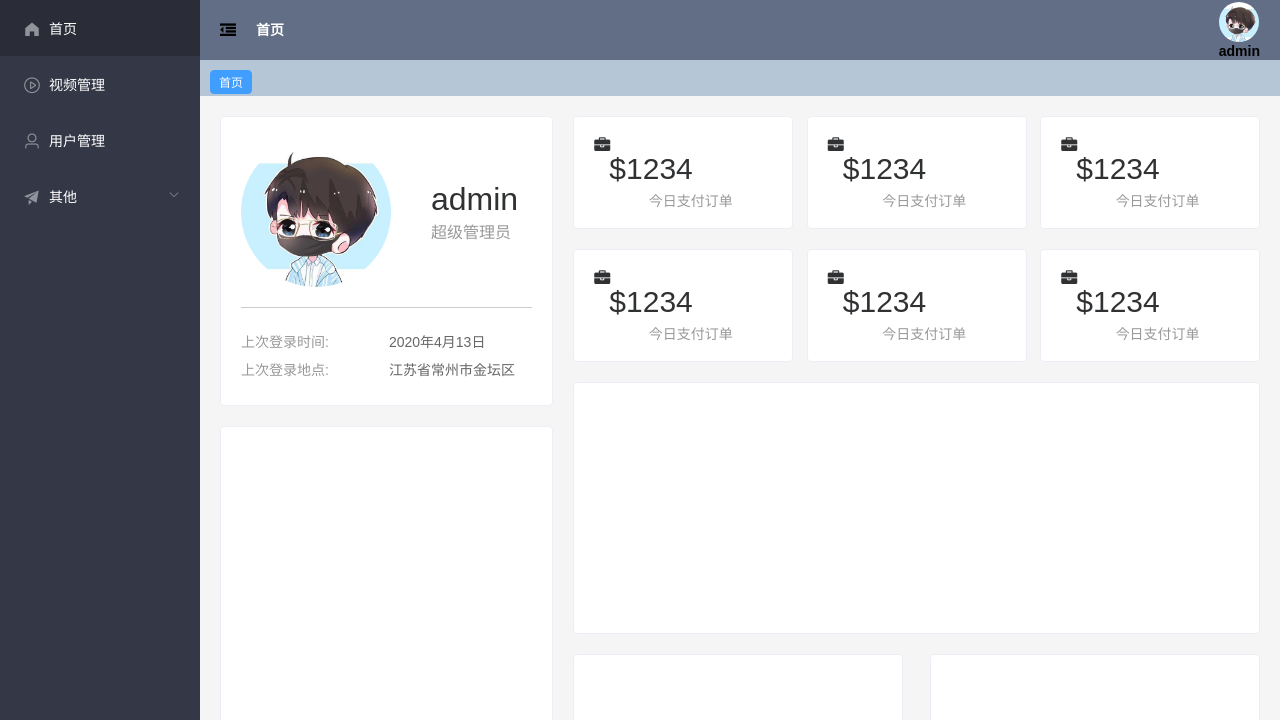
Repository: coWhy/vue-manage
Page: /
The author's editor kept a copy of each file at every save. The page is drawn from the files as they stood at one save, then again after the next save.
The browser window is 1280 px wide. The pictures show the whole page.
An inner scrolling area shows only its first screen. The project was rebuilt for these pictures with package versions that can differ from the ones it lists, and the page was loaded fresh each time. Also part of the build but not shown: vue.config.js.

Above is the page before, as saved 2020-04-13 23:32:36.

### src/main.js
import Vue from 'vue'
import App from './App.vue'
import router from './router'
import store from './store'
// 全局配置样式
import '@/assets/scss/reset.scss'
import '@/assets/font-awesome-4.7.0/css/font-awesome.css'
// 第三方包
import ElementUI from 'element-ui'
import 'element-ui/lib/theme-chalk/index.css'
// 自定义全局插件
import http from '@/plugins/http' // 自定义全局axios
// 引入Mock 主要是用于前端模拟使用 使用时 记得注释掉
import './mock'

Vue.config.productionTip = false
Vue.use(http)
console.log(
  `当前所处开发环境:【${process.env.NODE_ENV}】| 路由为: 【${process.env.VUE_APP_URL}】`
)
Vue.use(ElementUI)
new Vue({
  router,
  store,
  render: h => h(App)
}).$mount('#app')

### src/App.vue
<template>
  <div id="app">
    <router-view />
  </div>
</template>

<style lang="scss">
#app {
  // color: $theme-color;
  height: 100vh;
}
</style>

### src/router/index.js
import Vue from 'vue'
import VueRouter from 'vue-router'
//
const originalPush = VueRouter.prototype.push
VueRouter.prototype.push = function push(location) {
  return originalPush.call(this, location).catch(err => err)
}
Vue.use(VueRouter)

const routes = [
  {
    path: '/',
    component: () => import('@/views/layout/index'),
    children: [
      {
        path: '/',
        name: 'home',
        component: () => import('@/views/home/index')
      },
      {
        path: '/video',
        name: 'video',
        component: () => import('@/views/video/index')
      },
      {
        path: '/user',
        name: 'user',
        component: () => import('@/views/user/index')
      },
      {
        path: '/page1',
        name: 'page1',
        component: () => import('@/views/other/page1')
      },
      {
        path: '/page2',
        name: 'page2',
        component: () => import('@/views/other/page2')
      }
    ]
  }
]

const router = new VueRouter({
  routes
})

export default router

### src/store/index.js
import Vue from 'vue'
import Vuex from 'vuex'
import tag from './modules/tag'
Vue.use(Vuex)

export default new Vuex.Store({
  state: {},
  mutations: {},
  actions: {},
  modules: {
    tag
  }
})

### src/plugins/http.js
// 自定义开发插件
import axios from 'axios'

const MyHttpServer = {}

MyHttpServer.install = Vue => {
  // 基准地址
  // axios.defaults.baseURL = process.env.VUE_APP_URL
  const service = axios.create({
    baseURL: process.env.VUE_APP_URL, //请求基础url
    timeout: 3000 //  请求超时时间
  })
  // 添加请求拦截器 token拦截
  service.interceptors.request.use(
    config => {
      return config
    },
    err => {
      console.log(err)
    }
  )
  // 响应拦截器
  service.interceptors.response.use(
    response => {
      let res = {}
      //  此处对不同状态码 进行不同的操作 比如404 跳转页面等
      res.status = response.status
      res.data = response.data
      return res
    },
    err => {
      console.log(err)
    }
  )
  Vue.prototype.$http = axios
}
export default MyHttpServer

### src/mock/index.js
import Mock from 'mockjs'
import homeApi from './home'
Mock.setup({
  timeout: '200-2000' // 设置延时 [200 - 2000ms]
})
// 首页相关
// 拦截 /home/getData
Mock.mock('/home/getData', 'get', homeApi.getHomeData) // /\/home\/getData/.

### src/assets/scss/_variable.scss
// 全局配置样式 修改主题颜色
$theme-color: #33aef0;

### src/views/layout/index.vue
<template>
  <el-container class="container">
    <!-- 左侧菜单栏 -->
    <el-aside width="auto">
      <common-aside></common-aside>
    </el-aside>
    <el-container>
      <!-- 头部 -->
      <el-header class="header">
        <common-header></common-header>
      </el-header>
      <!-- Tab标签 -->
      <common-tag class="tag"></common-tag>
      <!-- 主体 -->
      <el-main>
        <router-view></router-view>
      </el-main>
    </el-container>
  </el-container>
</template>

<script>
import CommonAside from './components/aside/index'
import CommonHeader from './components/header/index'
import CommonTag from './components/tag/index'
export default {
  components: {
    CommonAside,
    CommonHeader,
    CommonTag
  }
}
</script>

<style lang="scss" scoped>
.container {
  height: 100%;
}
.header {
  background-color: #626e85; // 头部背景色
  width: 100%;
}
.main {
  padding-top: 0;
}
</style>

### src/views/home/index.vue
<template>
  <el-row class="home" :gutter="20">
    <!-- 左侧 -->
    <el-col :span="8">
      <!-- 用户信息描述 -->
      <el-card shadow="hover" style="height:290px">
        <!-- 头像部分 -->
        <div class="user">
          <img :src="userInfo.avatar" />
          <div class="userinfo">
            <p class="name">{{ userInfo.username }}</p>
            <p class="access">{{ userInfo.access }}</p>
          </div>
        </div>
        <!-- 登录后的相关信息描述 如ip 等-->
        <div class="login-info">
          <p>上次登录时间:<span>2020年4月13日</span></p>
          <p>上次登录地点:<span>江苏省常州市金坛区</span></p>
        </div>
      </el-card>
      <el-card shadow="hover" style="height:438px;margin-top:20px"> </el-card>
    </el-col>
    <!-- 右侧 -->
    <el-col :span="16">
      <!-- 顶部  -->
      <div class="num">
        <el-card shadow="hover" v-for="item in 6" :key="item">
          <!-- 图标部分 -->
          <i class="fa fa-briefcase" aria-hidden="true"></i>
          <!-- 详情部分  -->
          <div class="detail">
            <p class="num">$1234</p>
            <p class="txt">今日支付订单</p>
          </div>
        </el-card>
      </div>
      <!-- 底部 -->
      <el-card shadow="hover">
        <!-- 图表 -->
        <div style="height:210px"></div>
      </el-card>
      <div class="graph">
        <el-card shadow="hover">
          <div style="height:200px"></div>
        </el-card>
        <el-card shadow="hover">
          <div style="height:200px"></div>
        </el-card>
      </div>
    </el-col>
  </el-row>
</template>

<script>
export default {
  data() {
    return {
      // 用户信息
      userInfo: {
        username: 'admin', // 用户名
        avatar: require('@/assets/images/user.jpg'), // 用户头像
        access: '超级管理员' // 登录权限
      },
      countData: [{ name: '今日支付订单', value: 1234, icon: '' }]
    }
  },
  methods: {
    async getVideoData() {
      const res = await this.$http.get('/home/getData')
      console.log(res)
    }
  },
  created() {
    this.getVideoData()
  }
}
</script>

<style lang="scss" scoped>
@import '~@/assets/scss/home';
</style>

### src/store/modules/tag.js
export default {
  state: {
    isCollapse: false, // 左侧菜单栏是否折叠
    curMenu: null, // 点击选中的菜单
    menuList: [], // 全部菜单
    tagList: [
      // 首页是不可关闭的
      {
        path: '/',
        name: 'home',
        title: '首页',
        icon: 'el-icon-s-home'
      }
    ] // 存放tags 点击后 就存到里面去
  },
  mutations: {
    // 点击 菜单之后 对应的tab 标签也要 进入 tabList 进行存放
    // 首页 不加入tabList
    getMenu(state, selectedMenu) {
      if (selectedMenu.name !== 'home') {
        state.curMenu = selectedMenu
        let result = state.tagList.findIndex(
          item => item.name === selectedMenu.name
        )
        if (result === -1) {
          // 没找到这个tag 就放进tagList
          state.tagList.push(selectedMenu)
        }
      } else {
        state.curMenu = null
      }
    },
    // 关闭选中的tag
    closeTag(state, selectedTag) {
      // if (selectedTag.name !== 'home') {
      // }
      // 找到tag的索引 进行删除
      let result = state.tagList.findIndex(
        item => item.name === selectedTag.name
      )
      state.tagList.splice(result, 1)
    },
    // 折叠左侧菜单栏
    collapseAsideMenu(state) {
      state.isCollapse = !state.isCollapse
    }
  },
  actions: {},
  modules: {}
}

### src/mock/home.js
import Mock from 'mockjs'
export default {
  getHomeData: () => {
    return {
      code: 20000,
      data: [
        {
          name: 'SpringBoot',
          value: Mock.Random.float(1000, 10000, 0, 2)
        },
        {
          name: 'SpringBoot',
          value: Mock.Random.float(1000, 10000, 0, 2)
        },
        {
          name: 'React',
          value: Mock.Random.float(1000, 10000, 0, 2)
        },
        {
          name: 'Vue',
          value: Mock.Random.float(1000, 10000, 0, 2)
        },
        {
          name: '微信小程序',
          value: Mock.Random.float(1000, 10000, 0, 2)
        },
        {
          name: 'Es6',
          value: Mock.Random.float(1000, 10000, 0, 2)
        },
        {
          name: 'Java',
          value: Mock.Random.float(1000, 10000, 0, 2)
        }
      ]
    }
  }
}

### src/views/layout/components/aside/index.vue
<template>
  <el-menu
    default-active="2"
    class="el-menu-vertical-demo"
    :background-color="asideSetting.bgColor"
    :text-color="asideSetting.texteColor"
    :active-text-color="asideSetting.activeTextColor"
    :collapse="isCollapse"
  >
    <!-- 这是没有子级菜单的
    handleClickMenu(item) 将选中的菜单元素存入store中的menu 用于tab使用
    由于 分两种情况 所以 下面两种 都需要加上handleClickMenu 事件
    v-for="item in noChildrenList" 遍历元素列表
    :index="item.path"  路由相关
    :key="item.title" 索引 避免重复
    -->
    <!-- noChildrenList -->
    <el-menu-item
      :index="item.path"
      v-for="item in noChildrenList"
      :key="item.title"
      @click="handleClickMenu(item)"
    >
      <i :class="item.icon"></i>
      <span slot="title">{{ item.title }}</span>
    </el-menu-item>
    <!-- hasChildrenList -->
    <el-submenu
      :index="item.title"
      v-for="item in hasChildrenList"
      :key="item.title"
    >
      <template slot="title">
        <i :class="item.icon"></i>
        <span slot="title">{{ item.title }}</span>
      </template>
      <el-menu-item-group>
        <el-menu-item
          :index="subItem.path"
          v-for="subItem in item.children"
          :key="subItem.title"
          @click="handleClickMenu(subItem)"
        >
          <i :class="subItem.icon"></i>
          <span slot="title">{{ subItem.title }}</span>
        </el-menu-item>
      </el-menu-item-group>
    </el-submenu>
  </el-menu>
</template>

<script>
export default {
  computed: {
    noChildrenList() {
      // asideMenuList 没有 子级菜单
      return this.asideMenuList.filter(item => !item.children)
    },
    hasChildrenList() {
      // asideMenuList 有 子级菜单
      return this.asideMenuList.filter(item => item.children)
    },
    // 取出vuex中的是否折叠isCollapse
    isCollapse() {
      return this.$store.state.tag.isCollapse
    }
  },
  data() {
    return {
      asideSetting: {
        bgColor: '#343746', // 侧边栏背景颜色
        activeTextColor: '#4ffffb', // 选中字体的颜色
        texteColor: '#fff' // 默认字体颜色
      },
      //侧边栏菜单列表
      asideMenuList: [
        {
          path: '/',
          name: 'home',
          title: '首页',
          icon: 'el-icon-s-home'
        },
        {
          path: '/video',
          name: 'video',
          title: '视频管理',
          icon: 'el-icon-video-play'
        },
        {
          path: '/user',
          name: 'user',
          title: '用户管理',
          icon: 'el-icon-user'
        },
        {
          title: '其他',
          icon: 'el-icon-s-promotion',
          children: [
            {
              path: '/page1',
              name: 'page1',
              title: '页面1',
              icon: 'el-icon-setting'
            },
            {
              path: '/page2',
              name: 'page2',
              title: '页面2',
              icon: 'el-icon-setting'
            }
          ]
        }
      ]
    }
  },
  methods: {
    // 选中菜单 传入store
    handleClickMenu(item) {
      // 跳转到指定的页面
      this.$router.push({ name: item.name })
      this.$store.commit('getMenu', item)
    }
  }
}
</script>

<style lang="scss" scoped>
.el-menu {
  // 菜单占满容器
  height: 100%;
  border: none;
}
// 折叠样式
.el-menu-vertical-demo:not(.el-menu--collapse) {
  width: 200px;
  min-height: 400px;
}
</style>

### src/views/layout/components/header/index.vue
<template>
  <header class="header">
    <div class="l-content">
      <!-- 折叠标签 可以折叠左侧菜单栏 折叠：fa fa-outdent 展开： fa fa-indent -->
      <i
        :class="
          $store.state.tag.isCollapse === true
            ? 'fa fa-indent'
            : 'fa fa-outdent '
        "
        aria-hidden="true"
        @click="collapseAsideMenu()"
      ></i>
      <!-- 面包屑导航 -->
      <el-breadcrumb separator="/">
        <!-- 默认保留一个 首页 -->
        <el-breadcrumb-item :to="{ path: '/' }">首页</el-breadcrumb-item>
        <!-- curMenu 不为null的时候才渲染出来 -->
        <el-breadcrumb-item :to="curMenu.path" v-if="curMenu">
          {{ curMenu.title }}
        </el-breadcrumb-item>
      </el-breadcrumb>
    </div>
    <!-- 用户部分 头像 下拉菜单 等 -->
    <div class="r-content">
      <el-dropdown trigger="click" size="mini">
        <span class="el-dropdown-link">
          <!-- 用户头像 和 用户名 动态获取 -->
          <img :src="userInfo.avatar" class="avatar" />
          <span class="name">{{ userInfo.username }}</span>
        </span>
        <el-dropdown-menu slot="dropdown">
          <el-dropdown-item>个人中心</el-dropdown-item>
          <el-dropdown-item>退出登录</el-dropdown-item>
        </el-dropdown-menu>
      </el-dropdown>
    </div>
  </header>
</template>

<script>
import { mapState } from 'vuex'
export default {
  computed: {
    ...mapState({
      curMenu: state => state.tag.curMenu // 选中的菜单对象
    })
  },
  data() {
    return {
      // 用户信息
      userInfo: {
        username: 'admin', // 用户名
        avatar: require('@/assets/images/user.jpg') // 用户头像
      }
    }
  },
  methods: {
    // 折叠左侧菜单栏
    collapseAsideMenu() {
      this.$store.commit('collapseAsideMenu')
    }
  }
}
</script>

<style lang="scss" scoped>
.header {
  display: flex;
  height: 100%;
  align-items: center;
  justify-content: space-between;
}
.l-content {
  // width: 380;
  display: flex;
  align-items: center;
  i {
    margin-right: 20px;
  }
  justify-content: space-between;
}
.r-content {
  .avatar {
    width: 40px;
    height: 40px;
    border-radius: 50%;
  }
  .name {
    display: flex;
    height: 100%;
    color: black;
    font-weight: bolder;
    align-items: center;
  }
}
</style>
<style lang="scss">
.el-breadcrumb__item {
  .el-breadcrumb__inner {
    color: #b9d0fb;
    font-weight: normal;
  }
  &:last-child {
    .el-breadcrumb__inner {
      color: #ffffff;
      font-weight: bolder;
    }
  }
}
</style>

### src/views/layout/components/tag/index.vue
<template>
  <div class="tags">
    <!--  tabs标签
  不是首页才可以关闭
  选中tag颜色变化 :effect="$route.name === tag.name ? 'dark' : 'plain'"
  -->
    <el-tag
      size="small"
      :key="tag.name"
      v-for="tag in tagList"
      :closable="tag.name !== 'home'"
      :disable-transitions="false"
      @close="handleClose(tag)"
      @click="changeMenu(tag)"
      :effect="$route.name === tag.name ? 'dark' : 'plain'"
    >
      {{ tag.title }}
    </el-tag>
  </div>
</template>

<script>
import { mapState, mapMutations } from 'vuex'
export default {
  computed: {
    ...mapState({
      tagList: state => state.tag.tagList
    })
  },
  data() {
    return {}
  },
  methods: {
    ...mapMutations({
      closeTag: 'closeTag'
    }),
    // 关闭tag
    handleClose(tag) {
      this.closeTag(tag)
    },
    changeMenu(tag) {
      this.$store.commit('getMenu', tag)
      this.$router.push({ name: tag.name })
    }
  }
}
</script>

<style lang="scss" scoped>
.tags {
  background-color: #b5c6d6;
  position: relative;
  height: 42px;
  border: none;
  overflow: hidden;
  padding: 10px;
  .el-tag {
    padding-top: 1px;
    padding-bottom: 1px;
    margin-right: 15px;
    cursor: pointer;
  }
}
</style>

### src/assets/scss/home.scss
.home {
  .user {
    display: flex;
    align-items: center;
    padding-bottom: 20px;
    margin-bottom: 20px;
    border-bottom: 1px solid #ccc;
    img {
      width: 150px;
      height: 150px;
      border-radius: 50%;
      margin-right: 40px;
    }
    &info {
      .name {
        font-size: 32px;
        margin-bottom: 10px;
      }
      .access {
        color: #999999;
      }
    }
  }
  .login-info {
    p {
      line-height: 28px;
      font-size: 14px;
      color: #999999;
      span {
        color: #666666;
        margin-left: 60px;
      }
    }
  }
  .num {
    display: flex;
    flex-wrap: wrap;
    justify-content: space-between;
    .el-card {
      width: 32%;
      margin-bottom: 20px;
    }
    .icon {
      font-size: 30px;
      width: 80px;
      height: 80px;
      text-align: center;
      line-height: 80px;
      color: #fff;
    }
    .detail {
      margin-left: 15px;
      display: flex;
      flex-direction: column;
      justify-content: center;
      .num {
        font-size: 30px;
        margin-bottom: 10px;
      }
      .txt {
        font-size: 14px;
        text-align: center;
        color: #999999;
      }
    }
  }
  .graph {
    margin-top: 20px;
    display: flex;
    justify-content: space-between;
    .el-card {
      width: 48%;
    }
  }
}

Loaded but not shown: public/index.html (common file); src/assets/scss/reset.scss (common file); src/assets/font-awesome-4.7.0/css/font-awesome.css (library)

After the next save:
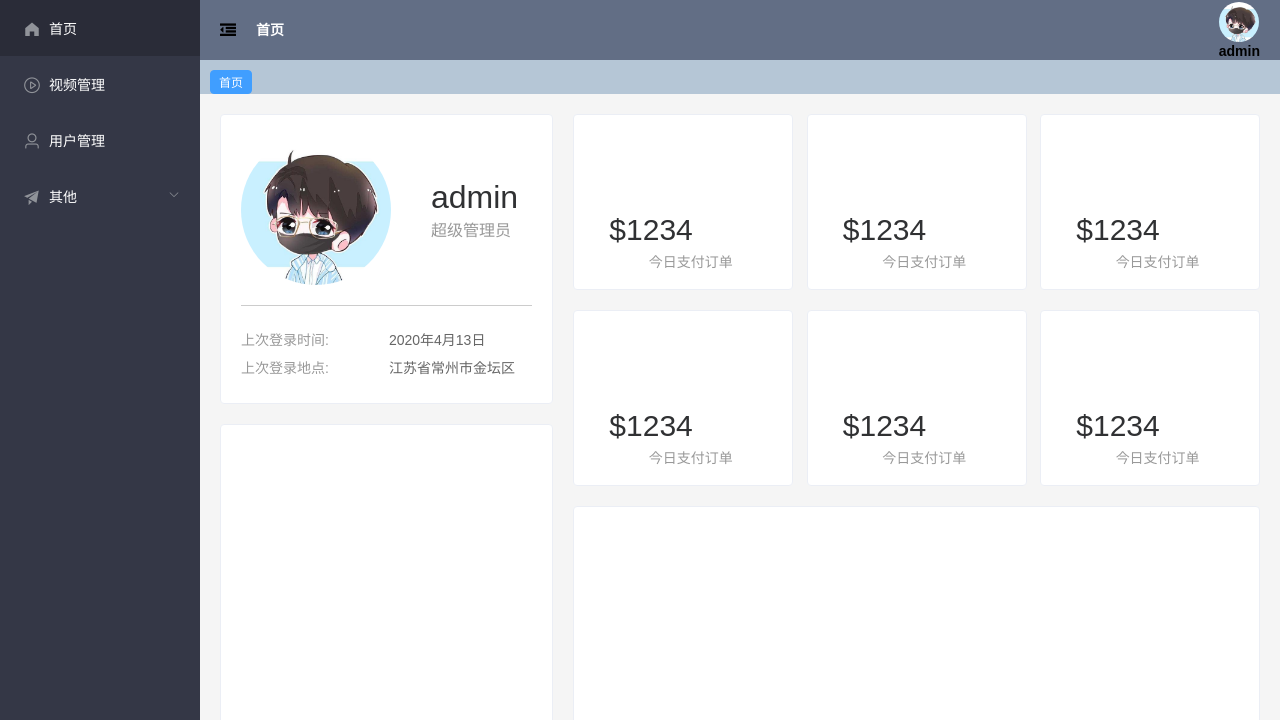
Saved 34 s later.
--- a/src/views/home/index.vue
+++ b/src/views/home/index.vue
@@ -26,7 +26,7 @@
       <div class="num">
         <el-card shadow="hover" v-for="item in 6" :key="item">
           <!-- 图标部分 -->
-          <i class="fa fa-briefcase" aria-hidden="true"></i>
+          <i class="icon fa fa-briefcase" aria-hidden="true"></i>
           <!-- 详情部分  -->
           <div class="detail">
             <p class="num">$1234</p>

After the 2 saves that followed:
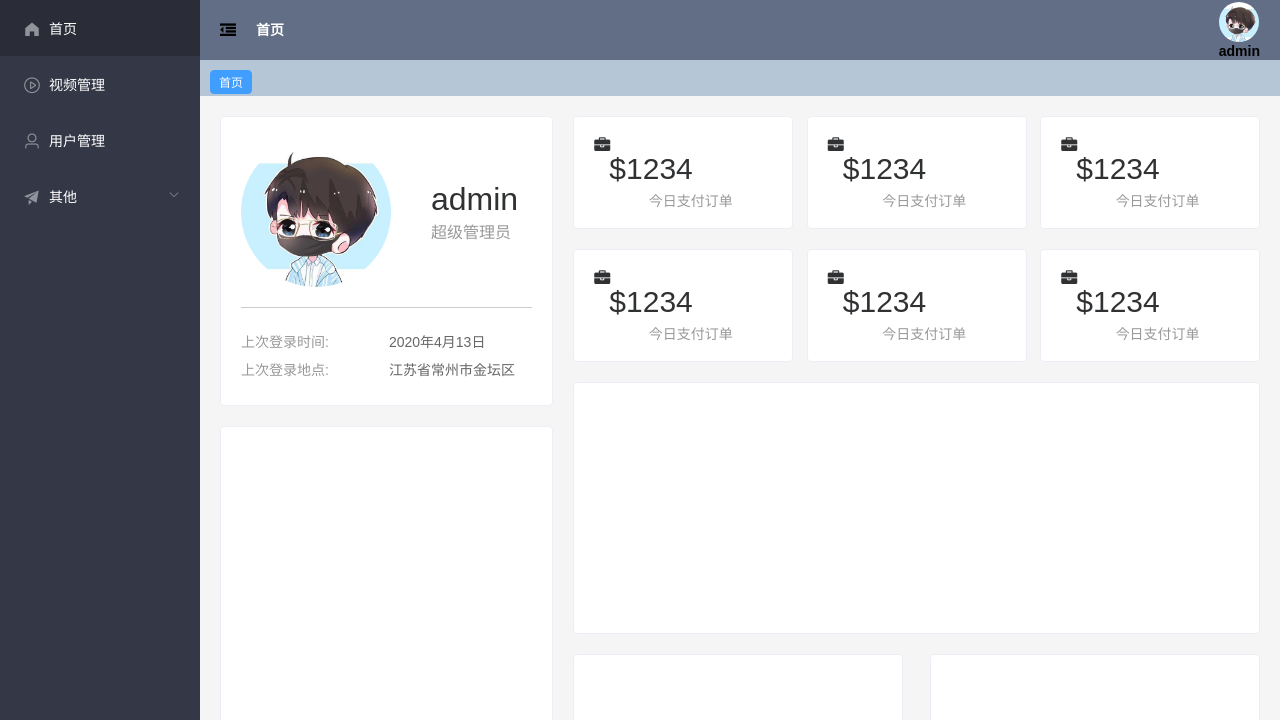
The 2 saves are shown as one change because 1 left the picture as it was.
The last was saved 32 s later.
--- a/src/views/home/index.vue
+++ b/src/views/home/index.vue
@@ -26,7 +26,10 @@
       <div class="num">
         <el-card shadow="hover" v-for="item in 6" :key="item">
           <!-- 图标部分 -->
-          <i class="icon fa fa-briefcase" aria-hidden="true"></i>
+          <!-- <div class="icon"> -->
+          <i class="fa fa-briefcase" aria-hidden="true"></i>
+          <!-- </div> -->
+
           <!-- 详情部分  -->
           <div class="detail">
             <p class="num">$1234</p>
